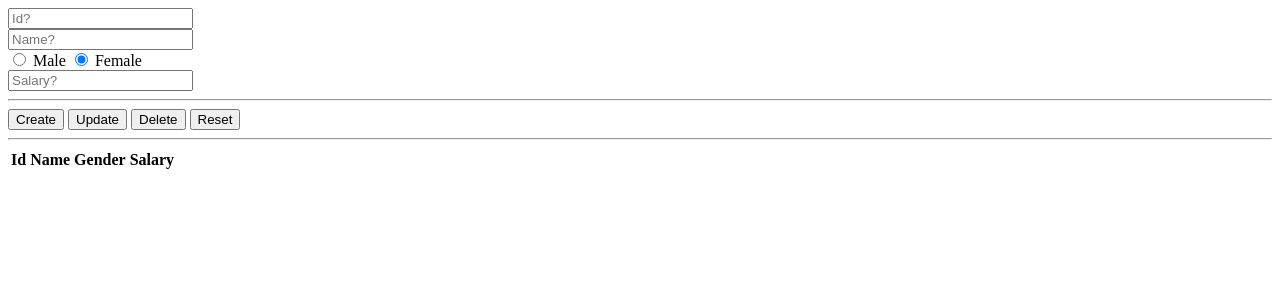
Repository: HoangTrung2004/JAVA4
Page: Lab7/src/main/webapp/views/employee.html
An editor plug-in stored every save of this project. The page is shown before and after the next save, followed by the edit.
The browser window is 1280 px wide. The pictures show the whole page.

Above is the page before, as saved 2025-07-21 09:52:31.

### Lab7/src/main/webapp/views/employee.html
<!DOCTYPE html>
<html>
<head>
<meta charset="UTF-8">
<title>Danh sách </title>
</head>
<body>

	<div>
		<input id="id" placeholder="Id?"> <br>
		<input id="name" placeholder="Name?"> <br>
		<input type="radio" id="male" name= "gender" checked> Male
		<input type="radio" id="female" name= "gender" checked> Female <br>
		<input id="salary" placeholder="Salary?"> <br>
	</div>
	<hr>

	<button onclick="ctr.create()" >Create</button>
	<button onclick="ctr.update()" >Update</button>
	<button onclick="ctr.delete()" >Delete</button>
	<button onclick="ctr.reset()" >Reset</button>

	<hr>

	<table bode="1" style="width: 100px">
		<thead>
			<tr>
				<th>Id</th>
				<th>Name</th>
				<th>Gender</th>
				<th>Salary</th>
				<th></th>
			</tr>
		</thead>

		<tbody id="list"></tbody>

	</table>

</body>
</html>

After the next save:
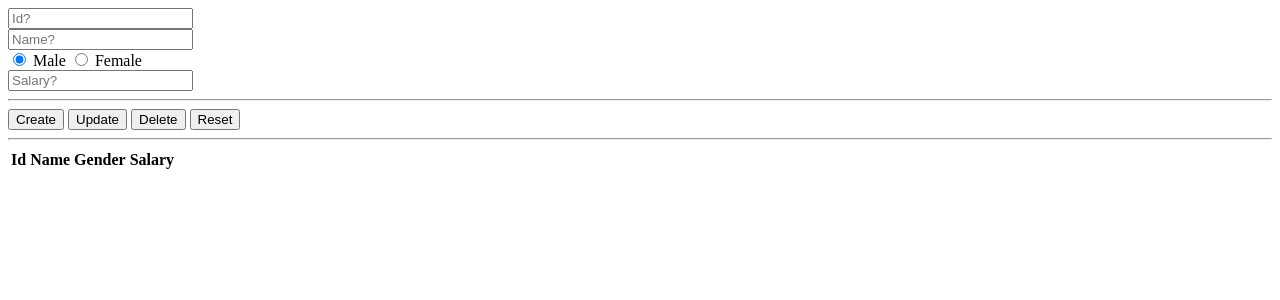
Saved 12 s later.
--- a/Lab7/src/main/webapp/views/employee.html
+++ b/Lab7/src/main/webapp/views/employee.html
@@ -10,7 +10,7 @@
 		<input id="id" placeholder="Id?"> <br>
 		<input id="name" placeholder="Name?"> <br>
 		<input type="radio" id="male" name= "gender" checked> Male
-		<input type="radio" id="female" name= "gender" checked> Female <br>
+		<input type="radio" id="female" name= "gender" > Female <br>
 		<input id="salary" placeholder="Salary?"> <br>
 	</div>
 	<hr>
